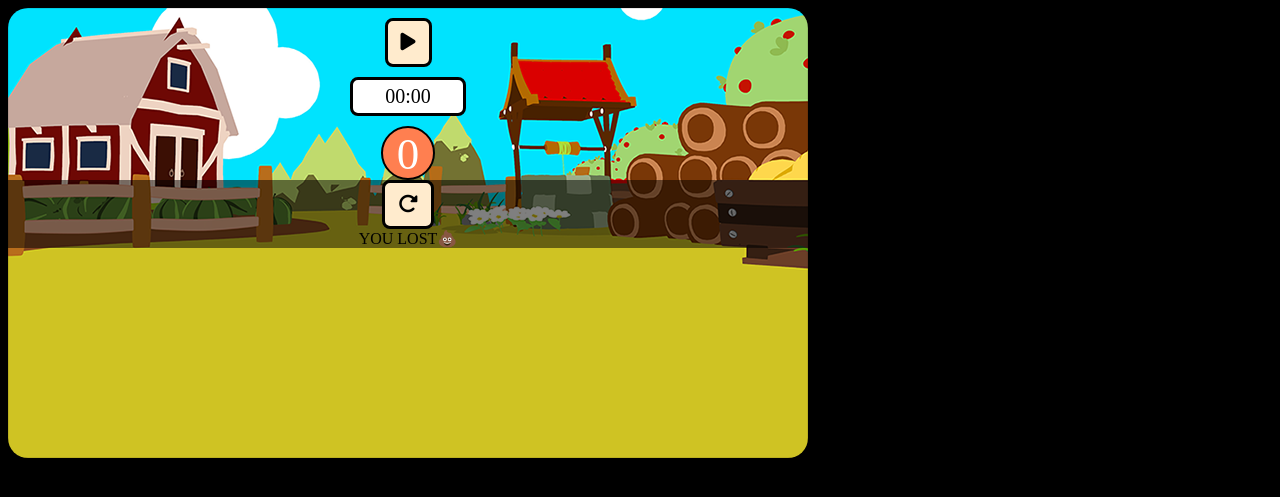
Repository: rladpwl0512/dreamcoding_browser101
Page: (7) catch-carrot-game/catch carrot/index.html
These files come from the project's save history. The page is drawn as it stood at one moment and after the next save; the edit follows.
The browser window is 1280 px wide. The pictures show the whole page.
Some web libraries are served in a nearby version.

Above is the page before, as saved 2021-10-07 17:46:28.

After the next save:
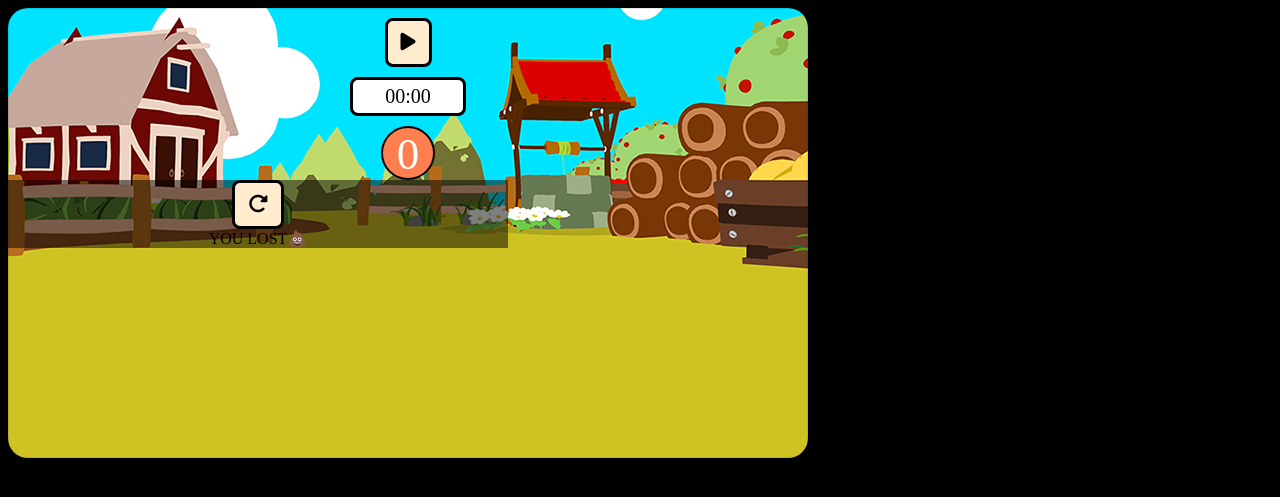
Saved 10 s later.
--- a/(7) catch-carrot-game/catch carrot/style.css
+++ b/(7) catch-carrot-game/catch carrot/style.css
@@ -78,4 +78,5 @@ button {
 
 .alert {
   background-color: rgba(0, 0, 0, 0.5);  /* 50% 불투명도 */
+  width: 500px;
 }
